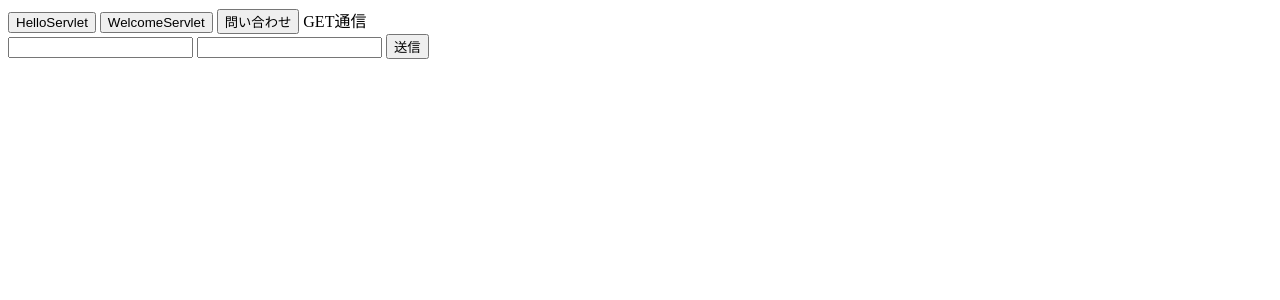
Repository: yukisu18/test
Page: http://localhost/Hello_Servlet/
The author's editor kept a copy of each file at every save. The page is drawn from the files as they stood at one save, then again after the next save.
The browser window is 1280 px wide. The pictures show the whole page.
The page is served by Tomcat 9.

Above is the page before, as saved 2018-12-14 11:05:50.
Console error (its wording comes from the project's code and is left out).

After the next save:
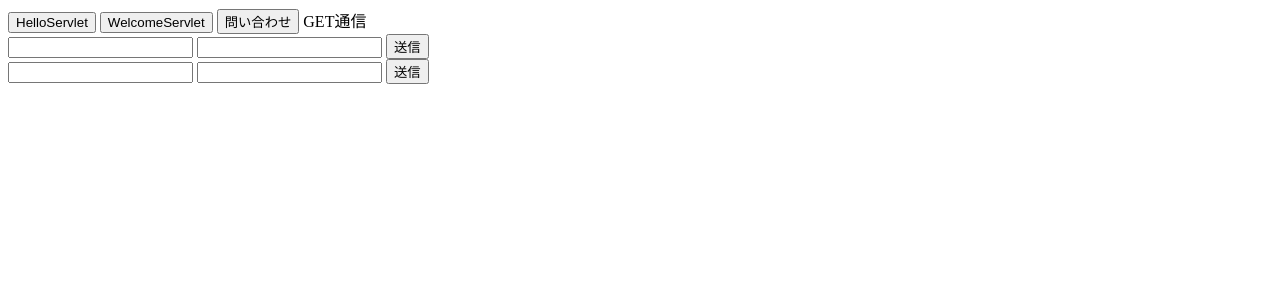
Saved 21 s later.
--- a/HelloServlet/Hello Servlet/WebContent/index.jsp
+++ b/HelloServlet/Hello Servlet/WebContent/index.jsp
@@ -15,9 +15,15 @@
 
 	GET通信
 	<form method="get" action="TestServlet">
-	<input type="text" name="username">
-	<input type="password" name="password">
-	<input type="submit" value="送信">
+		<input type="text" name="username"> <input type="password"
+			name="password"> <input type="submit" value="送信">
 	</form>
+
+
+	<form method="post" action="TestServlet">
+		<input type="text" name="username"> <input type="password"
+			name="password"> <input type="submit" value="送信">
+	</form>
+
 </body>
 </html>
